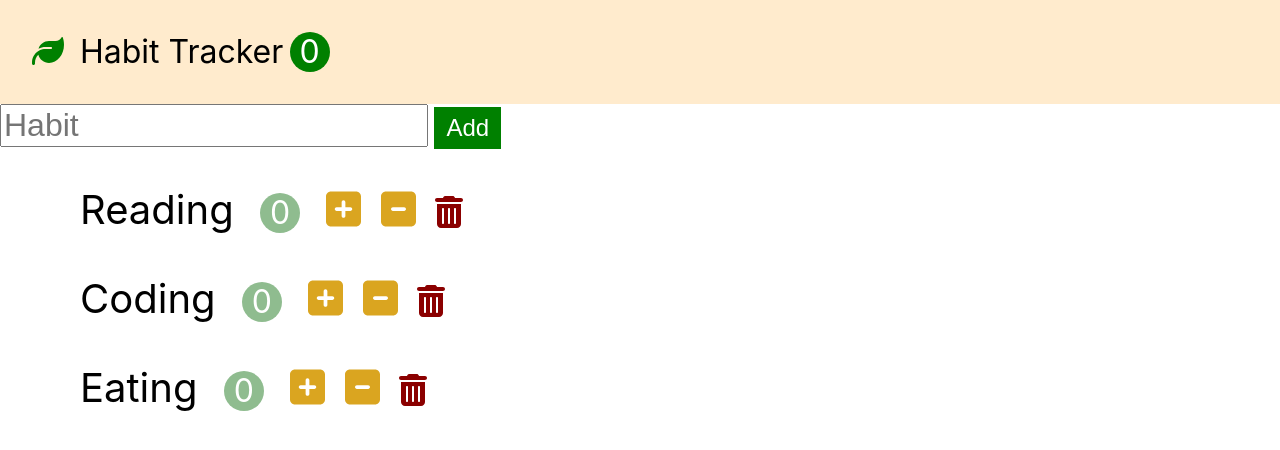
Repository: parkhyeonki/habit_tracker
Page: /
The author's editor kept a copy of each file at every save. The page is drawn from the files as they stood at one save, then again after the next save.
The browser window is 1280 px wide. The pictures show the whole page.
The project was rebuilt for these pictures with package versions that can differ from the ones it lists, and the page was loaded fresh each time.

Above is the page before, as saved 2022-02-28 14:28:11.

After the next save:
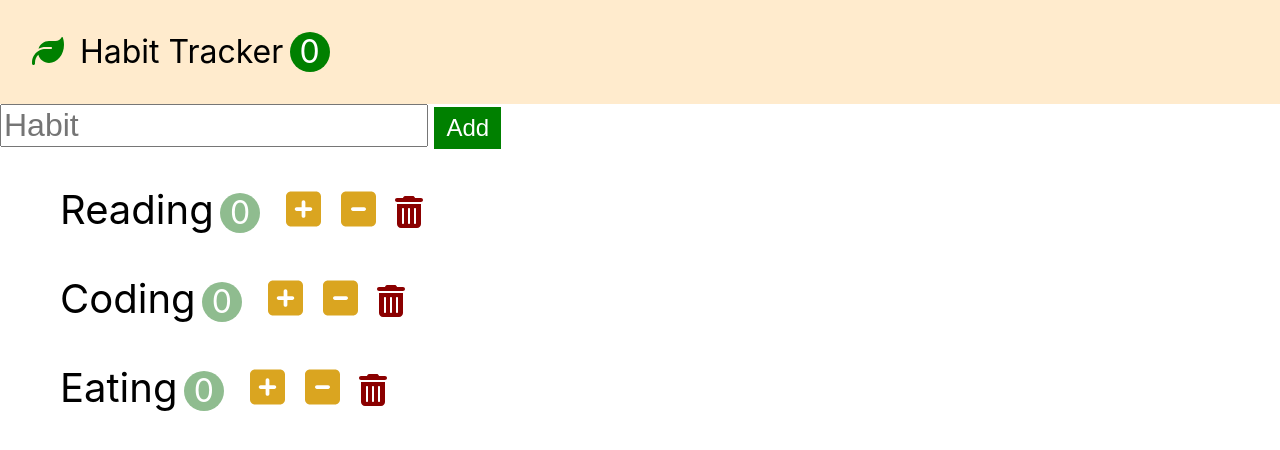
Saved 51 s later.
--- a/src/components/habit.jsx
+++ b/src/components/habit.jsx
@@ -3,7 +3,7 @@ import React from "react";
 const Habit = (props) => {
   return (
     <li className="habit">
-      <span className="habit">{props.habit.name}</span>
+      <span className="habit-name">{props.habit.name}</span>
       <span className="habit-count">{props.habit.count}</span>
       <button className="habit-button habit-increase">
         <i class="fa-solid fa-square-plus"></i>
